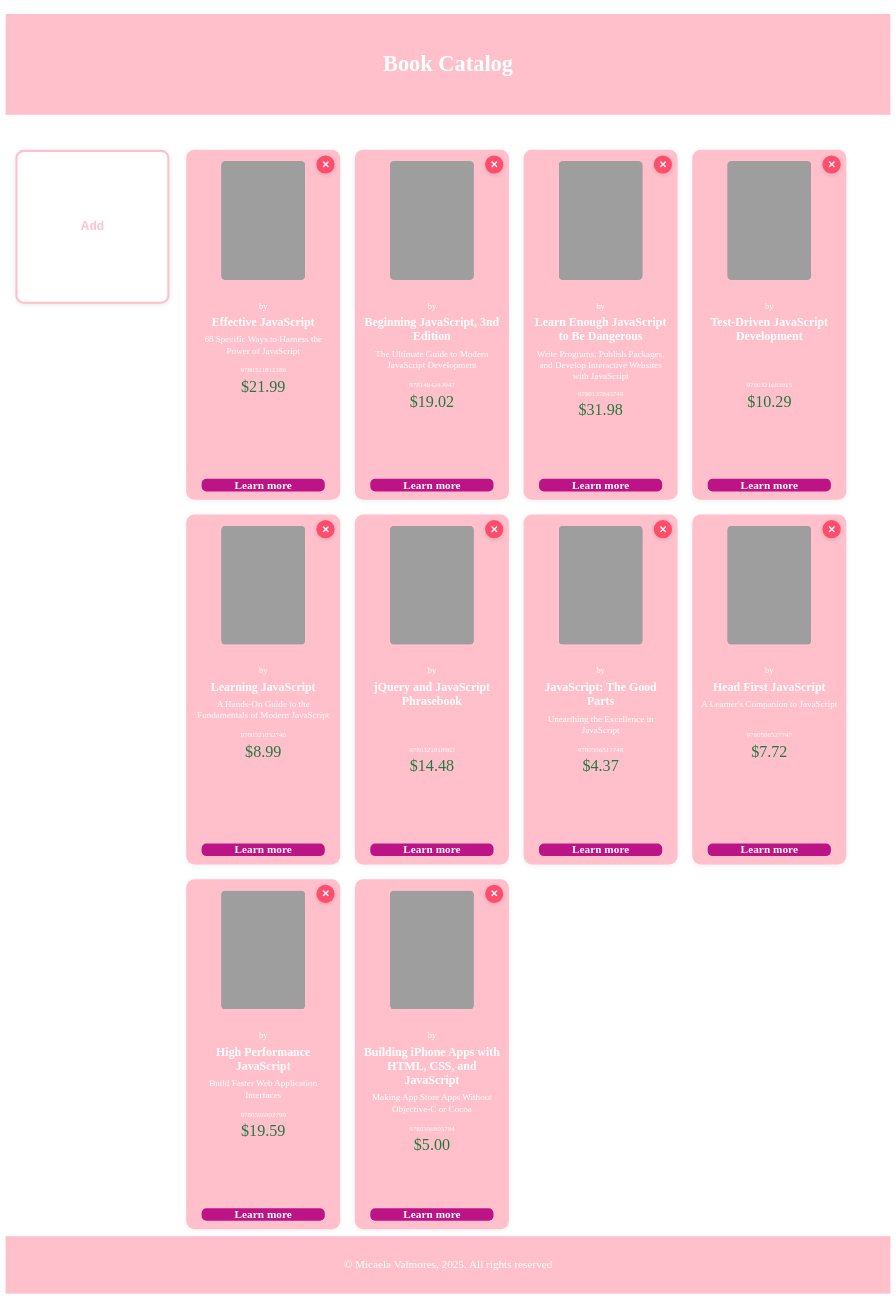
Repository: Micaelavalmores/COMP3170-Data-Fetching
Page: /
These files come from the project's save history. The page is drawn as it stood at one moment and after the next save; the edit follows.
The browser window is 1280 px wide. The pictures show the whole page, at 70% of full size.
Pictures or frames that could not be fetched are drawn as grey boxes. The project was rebuilt for these pictures with package versions that can differ from the ones it lists, and the page was loaded fresh each time. Also part of the build but not shown: vite.config.js, src/components/Modal.jsx, src/components/BookForm.jsx.

Above is the page before, as saved 2025-09-30 22:34:02.

### index.html
<!doctype html>
<html lang="en">
  <head>
    <meta charset="UTF-8" />
    <meta name="viewport" content="width=device-width, initial-scale=1.0" />
    <title>Book Catalog</title>
  </head>
  <body>
    <div id="root"></div>
    <script type="module" src="/src/main.jsx"></script>
  </body>
</html>

### src/index.css


.app {
  display: flex;
  flex-direction: column;
  width: 100%;
  margin: 0;
  background: #fff;
  min-height: 100%;
  justify-content: space-between;

  footer {
    padding: 0;
    background: pink;
    color: #fff;

    p {
        text-align: center;
        padding: 1em 0;
    }
  }

  .content {
    margin: 0 ;
    background: pink;
    display: flex;
    justify-content: center;
    padding: 2em;
    color: white;
  }

  .mainContent {
    display: flex;
    flex-wrap: wrap;
    gap: 1px;
  }

  .Book {
    margin: 10px;
  }

.AddButton {
  width: 220px;
  height: 220px;
  background: rgb(255, 255, 255);
  color: pink;
  font-size: 17px;
  font-weight: 600;
  border: 3px solid pink;
  border-radius: 12px;
  box-shadow: 0 2px 8px rgba(0,0,0,0.08);
  margin: 14px;
  margin-top: 10px;
  cursor: pointer;
  transition: background 0.18s, color 0.18s, box-shadow 0.18s;
  letter-spacing: 0.1px;
}

.AddButton:hover,
.AddButton:focus {
  background: hsl(347, 100%, 52%);
  color: #fff;
  box-shadow: 0 4px 14px rgba(48,105,237,0.18);
  border: none;
}


}

.contentBody {
  display: flex;
  flex-direction: row;
}

### src/App.jsx
import { useState } from "react";
import Footer from "./components/Footer";
import Book from "./components/Book";
import AppHeader from "./components/AppHeader";
import AddButton from "./components/AddButton";
import data from "../data/books.json";

function App() {
  const [books, setBooks] = useState(data);
  const [selectedBook, setSelectedBook] = useState(null);

  // Remove a book by isbn13
  const handleRemove = (isbn13) => {
    setBooks((prevBooks) => prevBooks.filter((b) => b.isbn13 !== isbn13));
    if (selectedBook === isbn13) {
      setSelectedBook(null); // clear selection if removed
    }
  };

  // Toggle selection
  const handleSelect = (isbn13) => {
    setSelectedBook((prev) => (prev === isbn13 ? null : isbn13));
  };

  return (
    <div className="app">
      <div className="content">
        <AppHeader />
      </div>
      <div className="contentBody">
        <div className="addButton">
          <AddButton />
        </div>
        <div className="mainContent grid grid-cols-3 gap-4">
          {books.map((book) => (
            <Book
              key={book.isbn13}
              image={book.image}
              title={book.title}
              subtitle={book.subtitle}
              isbn13={book.isbn13}
              price={book.price}
              url={book.url}
              onRemove={handleRemove}
              onSelect={handleSelect}
              isSelected={selectedBook === book.isbn13}
            />
          ))}
        </div>
      </div>
      <Footer />
    </div>
  );
}

export default App;

### src/components/Footer.jsx
function Footer() {
    return (
        <footer>
            <p>&copy; Micaela Valmores, 2025. All rights reserved</p>
        </footer>
    );
}

export default Footer;

### src/components/Book.jsx
import { useState } from "react";
import './Book.css';

function Book({ image, title, subtitle, isbn13, price, url, onRemove }) {
  const [selected, setSelected] = useState(false);

  const toggleSelect = () => {
    setSelected((prev) => !prev);
  };

  const handleRemove = (e) => {
    e.stopPropagation();
    onRemove(isbn13);
  };

  return (
    <div
      className={`Book ${selected ? "selected" : ""}`}
      onClick={toggleSelect}
    >
      <button className="removeButton" onClick={handleRemove}>
        ✕
      </button>
      <img className="Image" src={image} alt={title} />
      <div className="BookContent">
        <span className="By">by</span>
        <span className="Title">{title}</span>
        <span className="Subtitle">{subtitle}</span>
        <span className="isbn13">{isbn13}</span>
        <span className="price">{price}</span>
      </div>
      <a className="url" href={url} target="_blank" rel="noreferrer">
        Learn more
      </a>
    </div>
  );
}

export default Book;

### src/components/AppHeader.jsx
function AppHeader () {
    return (
        <h1>Book Catalog</h1>
    );
}

export default AppHeader;

### src/components/AddButton.jsx
import React, { useState } from 'react';
import Modal from './Modal';
import BookForm from './BookForm';

function AddButton() {
  const [isModalOpen, setModalOpen] = useState(false);

  const openModal = () => setModalOpen(true);
  const closeModal = () => setModalOpen(false);

  return (
    <>
      <button className="AddButton" type="button" onClick={openModal}>
        Add
      </button>

      <Modal isOpen={isModalOpen} onClose={closeModal}>
        <BookForm onSubmit={closeModal} />
      </Modal>
    </>
  );
}

export default AddButton;

### data/books.json
[
    {
      "title": "Effective JavaScript",
      "subtitle": "68 Specific Ways to Harness the Power of JavaScript",
      "isbn13": "9780321812186",
      "price": "$21.99",
      "image": "https://itbook.store/img/books/9780321812186.png",
      "url": "https://itbook.store/books/9780321812186"
    },
    {
      "title": "Beginning JavaScript, 3nd Edition",
      "subtitle": "The Ultimate Guide to Modern JavaScript Development",
      "isbn13": "9781484243947",
      "price": "$19.02",
      "image": "https://itbook.store/img/books/9781484243947.png",
      "url": "https://itbook.store/books/9781484243947"
    },
    {
      "title": "Learn Enough JavaScript to Be Dangerous",
      "subtitle": "Write Programs, Publish Packages, and Develop Interactive Websites with JavaScript",
      "isbn13": "9780137843749",
      "price": "$31.98",
      "image": "https://itbook.store/img/books/9780137843749.png",
      "url": "https://itbook.store/books/9780137843749"
    },
    {
      "title": "Test-Driven JavaScript Development",
      "subtitle": "",
      "isbn13": "9780321683915",
      "price": "$10.29",
      "image": "https://itbook.store/img/books/9780321683915.png",
      "url": "https://itbook.store/books/9780321683915"
    },
    {
      "title": "Learning JavaScript",
      "subtitle": "A Hands-On Guide to the Fundamentals of Modern JavaScript",
      "isbn13": "9780321832740",
      "price": "$8.99",
      "image": "https://itbook.store/img/books/9780321832740.png",
      "url": "https://itbook.store/books/9780321832740"
    },
    {
      "title": "jQuery and JavaScript Phrasebook",
      "subtitle": "",
      "isbn13": "9780321918963",
      "price": "$14.48",
      "image": "https://itbook.store/img/books/9780321918963.png",
      "url": "https://itbook.store/books/9780321918963"
    },
    {
      "title": "JavaScript: The Good Parts",
      "subtitle": "Unearthing the Excellence in JavaScript",
      "isbn13": "9780596517748",
      "price": "$4.37",
      "image": "https://itbook.store/img/books/9780596517748.png",
      "url": "https://itbook.store/books/9780596517748"
    },
    {
      "title": "Head First JavaScript",
      "subtitle": "A Learner's Companion to JavaScript",
      "isbn13": "9780596527747",
      "price": "$7.72",
      "image": "https://itbook.store/img/books/9780596527747.png",
      "url": "https://itbook.store/books/9780596527747"
    },
    {
      "title": "High Performance JavaScript",
      "subtitle": "Build Faster Web Application Interfaces",
      "isbn13": "9780596802790",
      "price": "$19.59",
      "image": "https://itbook.store/img/books/9780596802790.png",
      "url": "https://itbook.store/books/9780596802790"
    },
    {
      "title": "Building iPhone Apps with HTML, CSS, and JavaScript",
      "subtitle": "Making App Store Apps Without Objective-C or Cocoa",
      "isbn13": "9780596805784",
      "price": "$5.00",
      "image": "https://itbook.store/img/books/9780596805784.png",
      "url": "https://itbook.store/books/9780596805784"
    }

  ]

### src/components/Book.css
.Book {
  width: 220px;
  height: 500px;
  display: flex;
  flex-direction: column;
  align-items: center;
  justify-content: flex-start;
  box-shadow: 0 2px 8px rgba(144, 48, 115, 0.08);
  border-radius: 12px;
  background: pink;
  margin: 14px;
  padding: 16px 12px 12px 12px;
  box-sizing: border-box;
  position: relative; /* Added so remove button can be placed inside */
}

  .Image {
    width: 120px;
    height: 170px;
    object-fit: cover;
    border-radius: 6px;
    margin-bottom: 10px;
  }

  .BookContent {
    display: flex;
    flex-direction: column;
    align-items: center;
    width: 100%;
    flex-grow: 1;
    margin-bottom: 0;
    gap: 4px;
  }

  .By {
    font-size: 12px;
    color: white;
    margin-bottom: 2px;
  }

  .Title {
    font-size: 17px;
    font-weight: 600;
    color: white;
    margin-bottom: 2px;
    text-align: center;
    line-height: 1.2;
  }

  .Subtitle {
    font-size: 13px;
    color: white;
    margin-bottom: 6px;
    text-align: center;
    min-height: 36px;
  }

  .isbn13 {
    font-size: 10px;
    color: white;
    margin-bottom: 2px;
  }

  .price {
    font-size: 23px;
    font-weight: 500;
    color: #217a43;
    margin-bottom: 2px;
  }

  .url {
    display: inline-block;
    text-align: center;
    width: 90%;
    padding: 0;
    background: #bc1487;
    color: #fff;
    font-weight: 600;
    border-radius: 7px;
    text-decoration: none;
    letter-spacing: 0.1px;
    margin-top: 5px;
    transition: background 0.18s;
  }

  .url:hover,
  .url:focus {
    background: #f31045;
  }

  .removeButton {
    position: absolute;
    top: 8px;
    right: 8px;
    border: none;
    background: #ff4d6d;
    color: white;
    font-size: 14px;
    font-weight: bold;
    border-radius: 50%;
    width: 26px;
    height: 26px;
    cursor: pointer;
    display: flex;
    align-items: center;
    justify-content: center;
    box-shadow: 0 2px 6px rgba(0, 0, 0, 0.15);
    transition: background 0.2s ease, transform 0.15s ease;
  }

  .removeButton:hover {
    background: #d90429;
    transform: scale(1.1);
  }

### src/components/BookForm.css

form {
    font-family: 'Georgia', serif;
    width: 400px;
    height: 650px;
    margin: auto;
    padding: 20px 24px;
    background: pink;
    color: white;
  }

  form h2 {
    font-size: 2.3em;
    font-weight: 700;
    margin-bottom: 28px;
    text-align: left;
  }

  label {
    display: block;
    font-weight: 600;
    font-size: 1.28em;
    margin-bottom: 10px;
    color: white;
  }

  input[type="text"],
  input[type="number"] {
    width: 100%;
    padding: 10px 14px;
    font-family: 'Georgia', serif;
    font-size: 1.1em;
    border: 2px solid rgb(255, 160, 206);
    border-radius: 5px;
    background-color: #fafafa;
    color: #222;
    outline: none;
    transition: border-color 0.25s ease;
    box-sizing: border-box;
  }

  input[type="text"]::placeholder,
  input[type="number"]::placeholder {
    color: #888;
    font-style: italic;
  }

  input[type="text"]:focus,
  input[type="number"]:focus {
    border-color: #3069ed;
    background-color: #fff;
  }

  div {
    margin-top: 20px;
  }

  button[type="submit"] {
    background-color: #bc0b54;
    color: white;
    font-family: 'Georgia', serif;
    font-size: 1.35em;
    font-weight: 700;
    letter-spacing: 1px;
    width: 160px;
    height: 45px;
    border: none;
    cursor: pointer;
    border-radius: 5px;
    margin-top: 10px;
    transition: background-color 0.3s ease;
  }

  button[type="submit"]:hover,
  button[type="submit"]:focus {
    background-color: #5f0026;
    outline: none;
  }

Loaded but not shown: src/main.jsx (common file)

After the next save:
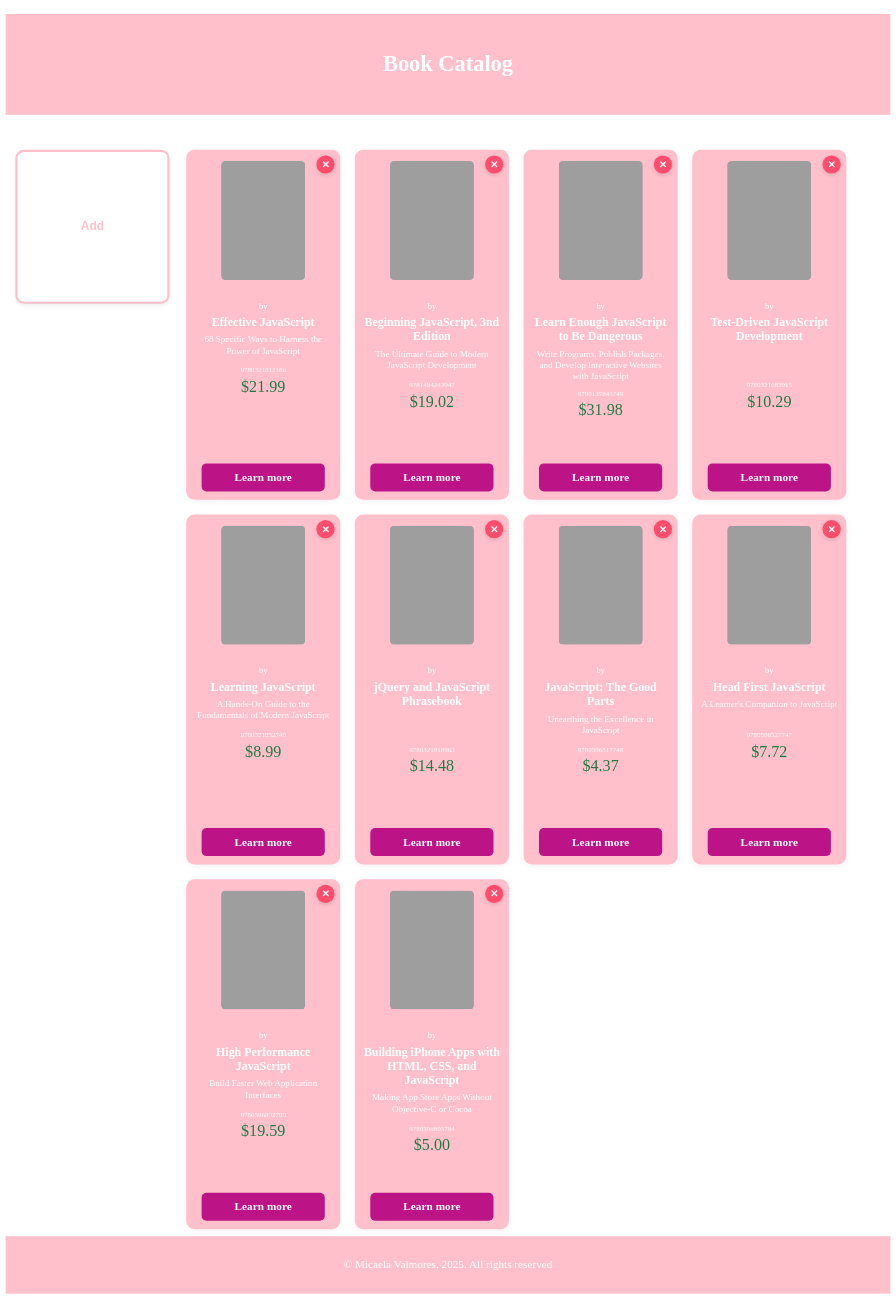
Saved 5 s later.
--- a/src/components/Book.css
+++ b/src/components/Book.css
@@ -72,7 +72,7 @@
     display: inline-block;
     text-align: center;
     width: 90%;
-    padding: 0;
+    padding: 11px 0;
     background: #bc1487;
     color: #fff;
     font-weight: 600;
